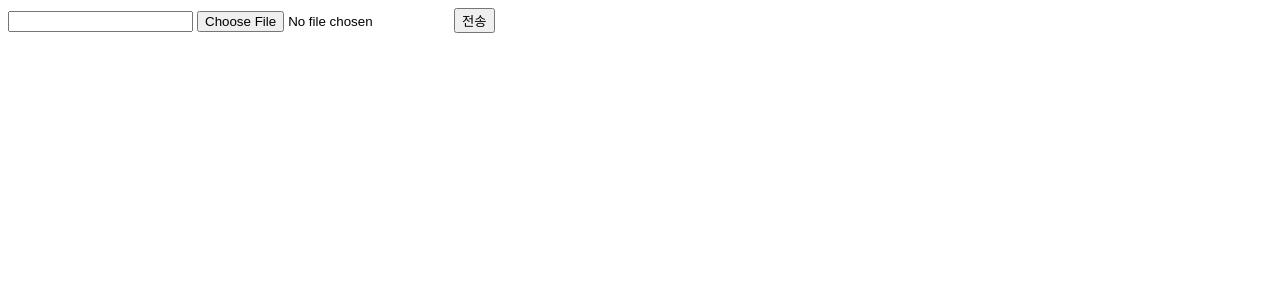
Repository: GoodPineApple/MulcamSpringWorkspace
Page: http://localhost/SpringDay17File/uploadForm.do
These files come from the project's save history. The page is drawn as it stood at one moment and after the next save; the edit follows.
The browser window is 1280 px wide. The pictures show the whole page.
The page is served by Tomcat 9.

Above is the page before, as saved 2016-12-27 02:16:11.

After the next save:
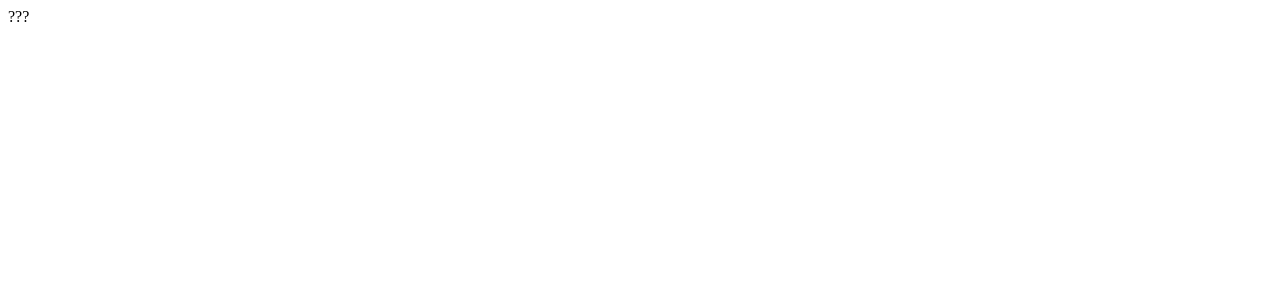
Saved 115 s later.
--- a/SpringDay17File/WebContent/upload_form.jsp
+++ b/SpringDay17File/WebContent/upload_form.jsp
@@ -7,10 +7,11 @@
 <title>업로드폼</title>
 </head>
 <body>
-<form action="upload.do" method="post" enctype="multipart/form-data">
-	<input type="text" name="title">
-	<input type="file" name="myFile">
-	<input type="submit" value="전송">
-</form>
+???
+<!-- <form action="upload.do" method="post" enctype="multipart/form-data"> -->
+<!-- 	<input type="text" name="title"> -->
+<!-- 	<input type="file" name="myFile"> -->
+<!-- 	<input type="submit" value="전송"> -->
+<!-- </form> -->
 </body>
 </html>

After the save that followed:
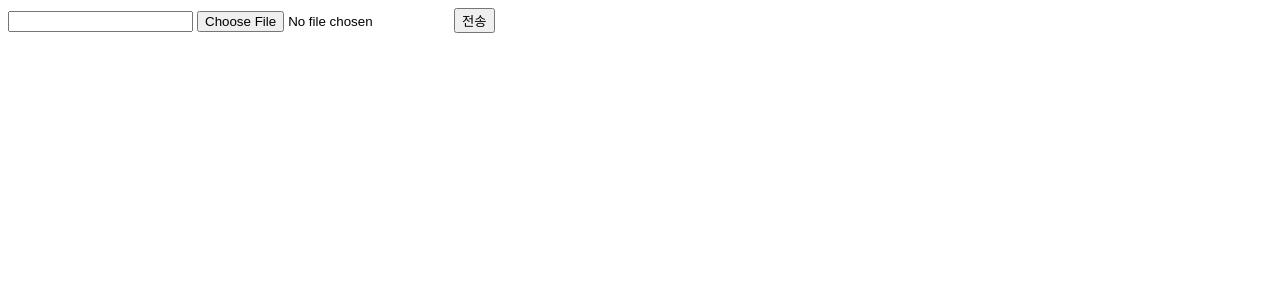
Saved 29 s later.
--- a/SpringDay17File/WebContent/upload_form.jsp
+++ b/SpringDay17File/WebContent/upload_form.jsp
@@ -7,11 +7,10 @@
 <title>업로드폼</title>
 </head>
 <body>
-???
-<!-- <form action="upload.do" method="post" enctype="multipart/form-data"> -->
-<!-- 	<input type="text" name="title"> -->
-<!-- 	<input type="file" name="myFile"> -->
-<!-- 	<input type="submit" value="전송"> -->
-<!-- </form> -->
+<form action="upload.do" method="post" enctype="multipart/form-data">
+	<input type="text" name="title">
+	<input type="file" name="myFile">
+	<input type="submit" value="전송">
+</form>
 </body>
 </html>
